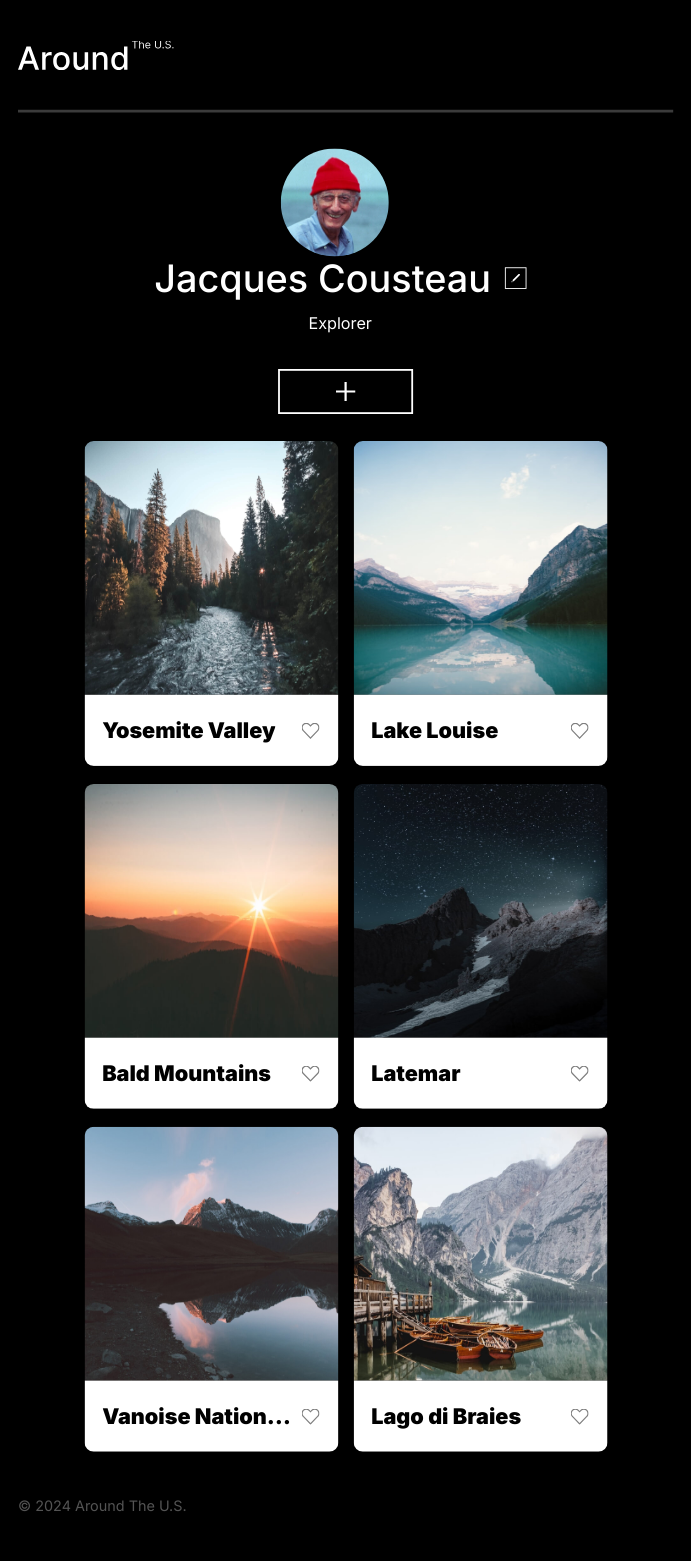
Repository: luisbaezx/se_project_aroundtheus
Page: index.html
These files come from the project's save history. The page is drawn as it stood at one moment and after the next save; the edit follows.
The browser window is 768 px wide. The pictures show the whole page, at 90% of full size.

Above is the page before, as saved 2024-05-28 17:53:53.

After the next save:
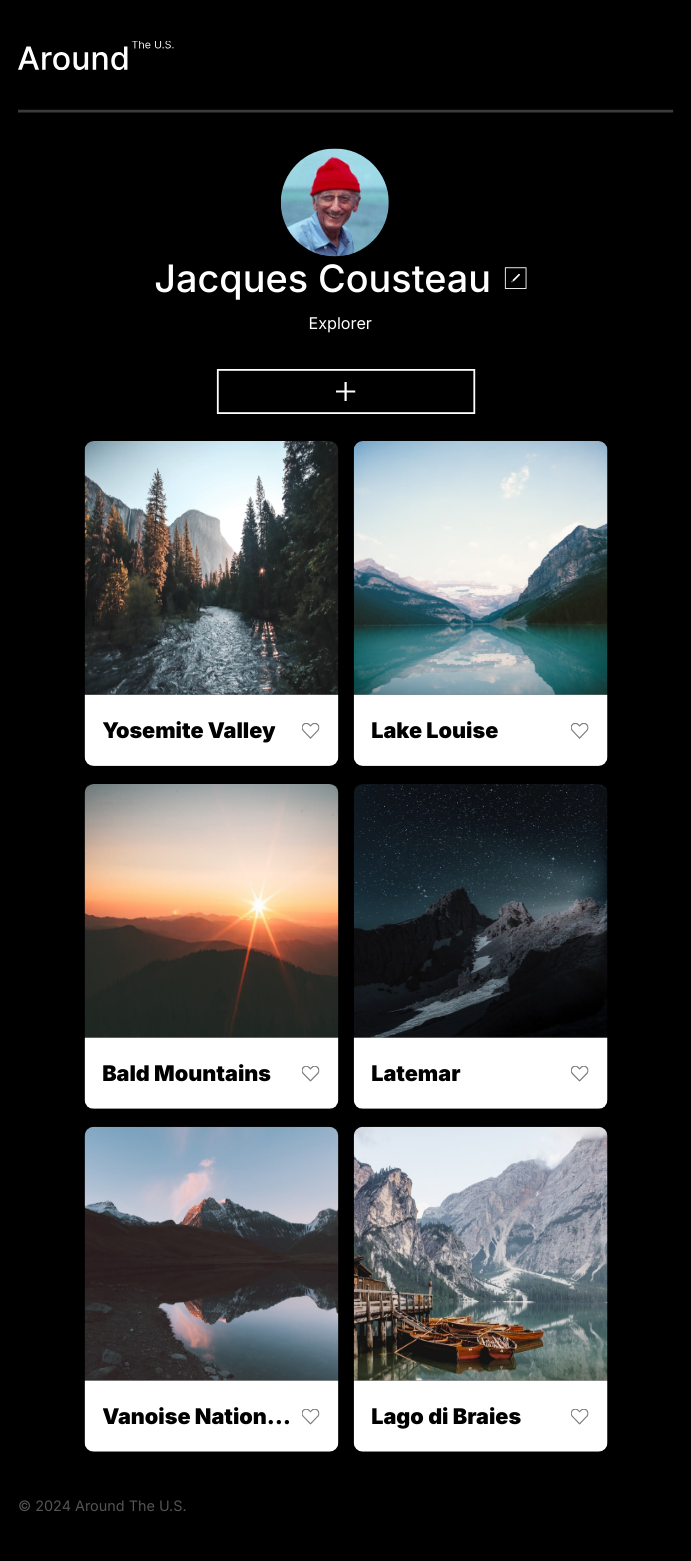
Saved 19 s later.
--- a/blocks/page.css
+++ b/blocks/page.css
@@ -203,7 +203,7 @@
 
   .profile__add-button {
     margin: 0;
-    max-width: 287px;
+    width: 287px;
   }
 }
 
